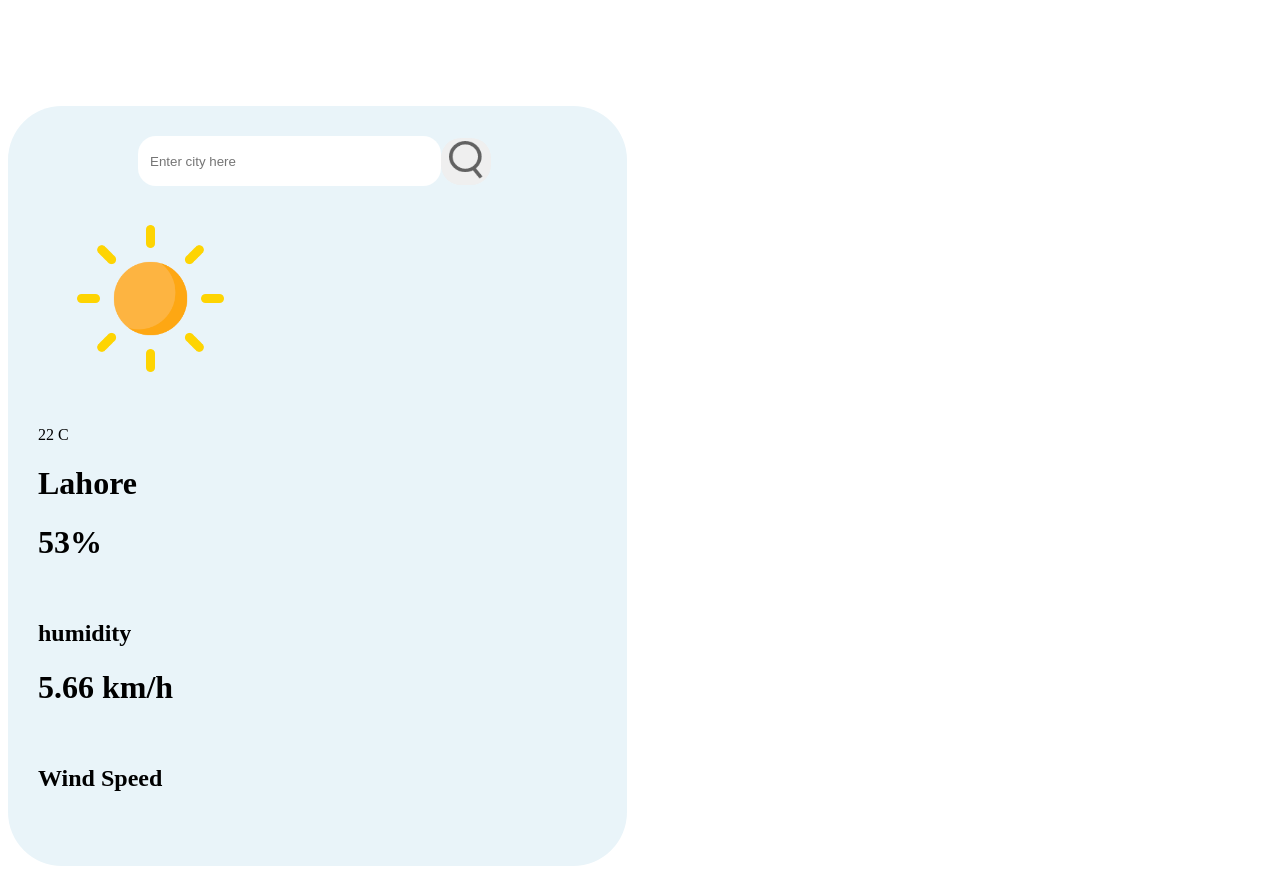
Repository: WajihaGul/Javascripts-Projects
Page: WEATHER APP/index.html
These files come from the project's save history. The page is drawn as it stood at one moment and after the next save; the edit follows.
The browser window is 1280 px wide. The pictures show the whole page.

Above is the page before, as saved 2024-06-07 15:47:00.
Not found: WEATHER APP/script.js

### WEATHER APP/index.html
<!DOCTYPE html>
<html>
    <head>
        <meta charset="utf-8">
        <meta http-equiv="X-UA-Compatible" content="IE=edge">
        <title></title>
        <meta name="description" content="">
        <meta name="viewport" content="width=device-width, initial-scale=1">
        <link rel="stylesheet" href="./style.css">
    </head>
    <body>
            <div class="MainDiv">
                <div class="SearchDiv" >
                <input type="search" class="SearchInput" placeholder="Enter city here">
                <button class="SearchLogo"><img src="/images/search.png" class="btnimg" alt="SearchLogo"></button>
            </div>

            <div class="SecDiv">
                <div class="weather">
                <img src="./images/clear.png" alt="weather here">
                </div>
                <div class="temp">
                    <p>22 C</p>
                </div>
                <div class="cityName">
                    <h1>Lahore</h1>
                </div>
                <div class="humidity">
                    <h1>53%</h1>
                    <br>
                    <h2>humidity</h2>
                </div>
                <div class="windSpeed">
                    <h1>5.66 km/h</h1>
                    <br>
                    <h2>Wind Speed</h2>
                </div>
            </div>
        </div>
        <script src="./script.js" async defer></script>
    </body>
</html>

### WEATHER APP/style.css
.MainDiv{
    background-color: #e9f4f9;
    /* margin: 0 auto; */
    width: 559px;
    /* display: flex; */
    margin-top: 106px;
    border-radius: 54px;
    height: 700px;
    padding: 30px
}
 .SearchInput{
    width: 303px;
    height: 50px;
    border-radius: 18px;
    padding: 10px;
    border-color: transparent;
}
.SearchDiv{
    display: flex;
    flex-direction: row;
    align-items: center;
    margin: 0 auto;
    margin-left: 100px;
    margin-right: 100px;
}
.btnimg{
    height: 38px;
    width: 34px;
}
.SearchLogo{
        border-color: transparent;
    border-radius: 20px;
    cursor: pointer;
}

.weather{
    display: flex;
    margin: 0 auto;
}

After the next save:
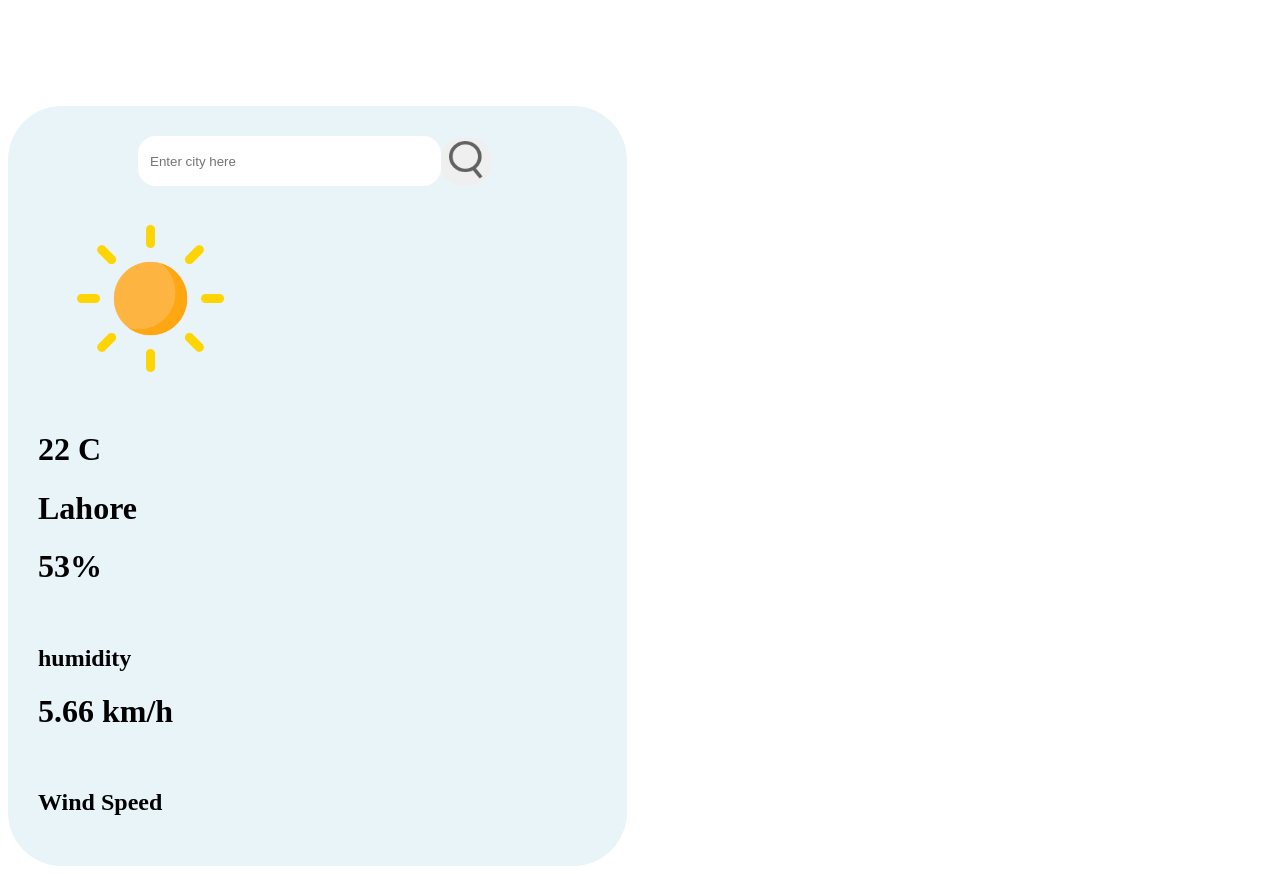
Saved 18 s later.
--- a/WEATHER APP/index.html
+++ b/WEATHER APP/index.html
@@ -20,7 +20,7 @@
                 <img src="./images/clear.png" alt="weather here">
                 </div>
                 <div class="temp">
-                    <p>22 C</p>
+                    <h1>22 C</h1>
                 </div>
                 <div class="cityName">
                     <h1>Lahore</h1>
